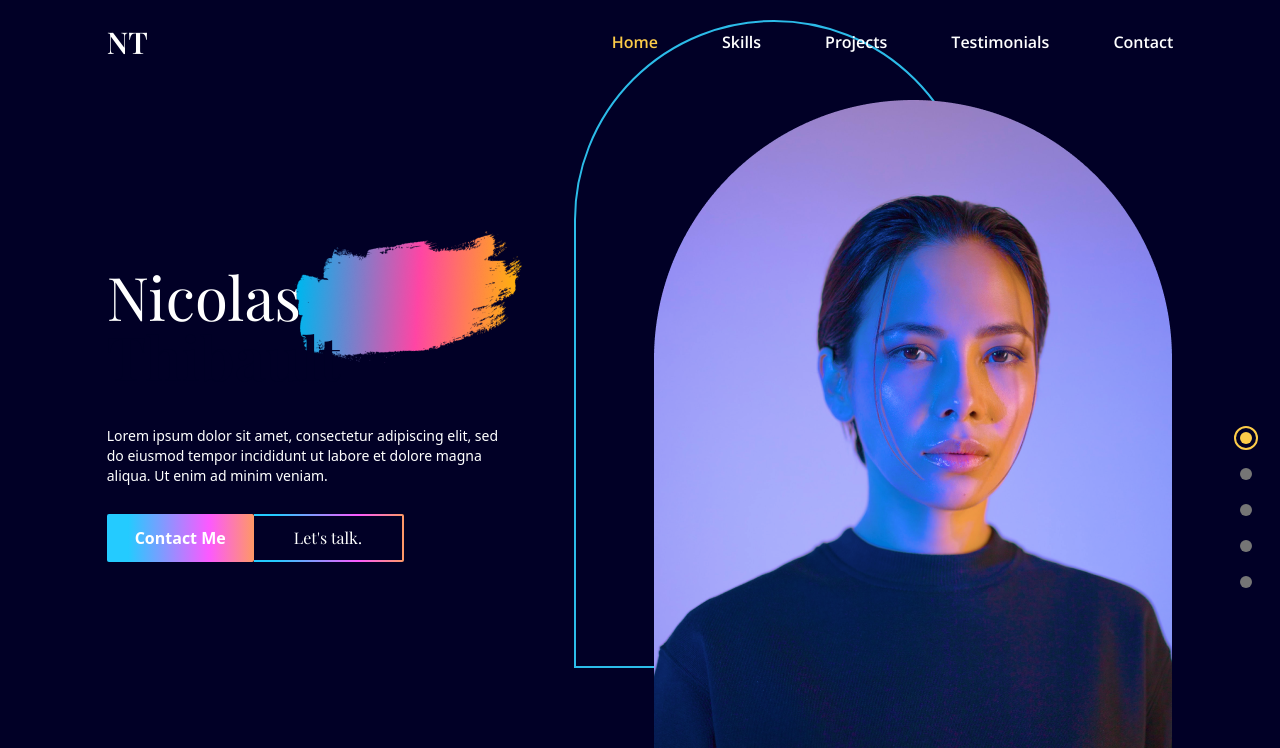
Repository: thibaultNicolas/portfolio-react
Page: /
The author's editor kept a copy of each file at every save. The page is drawn from the files as they stood at one save, then again after the next save.
The browser window is 1280 px wide. The pictures show the whole page.
The project was rebuilt for these pictures with package versions that can differ from the ones it lists, and the page was loaded fresh each time. Also part of the build but not shown: next.config.ts.

Above is the page before, as saved 2023-01-08 10:51:51.

After the next save:
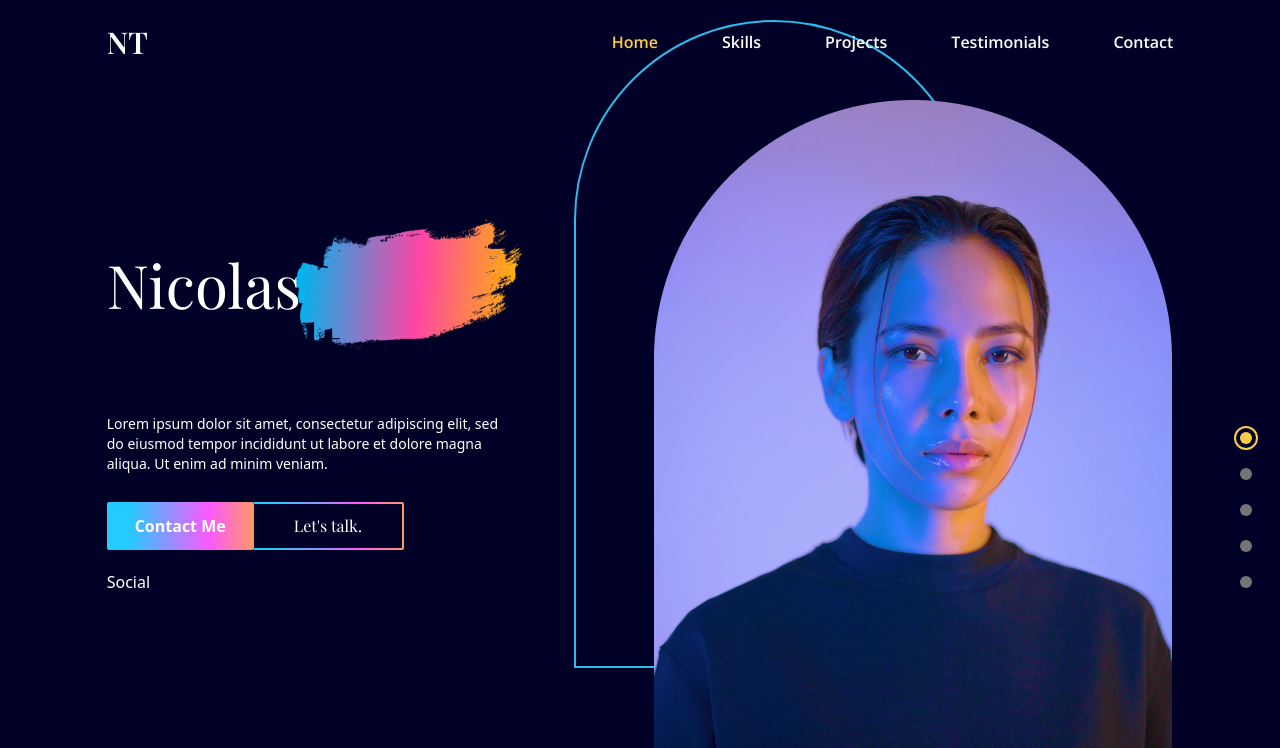
Saved 4 s later.
--- a/src/scenes/Landing.jsx
+++ b/src/scenes/Landing.jsx
@@ -99,7 +99,7 @@ const Landing = ({ setSelectedPage }) => {
                     visible: { opacity: 1, x: 0 },
                 }}
                 >
-
+                    Social
                 </motion.div>
             </div>
         </section>
